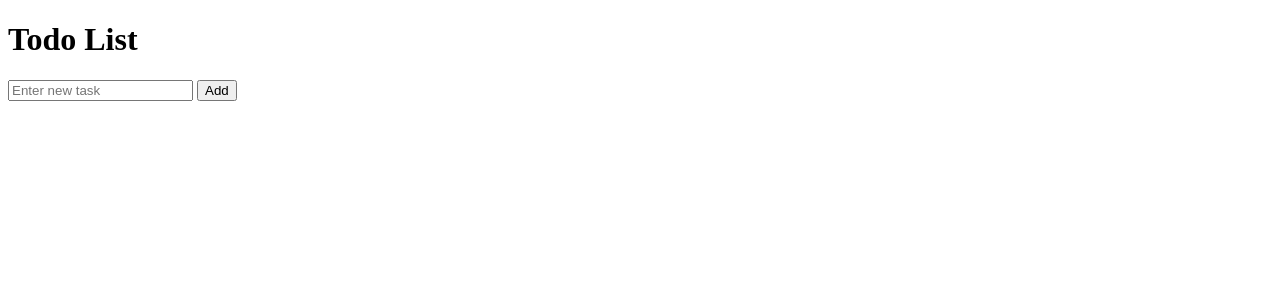
Repository: thinhdh04/python-cuoiky
Page: http://localhost/
An editor plug-in stored every save of this project. The page is shown before and after a run of saves, followed by the edit.
The browser window is 1280 px wide. The pictures show the whole page.
The page is served by the project's application, run on Flask 3 (Bai3/Bai3.py). Queries for data that is not in the repository find no rows.

Above is the page before, as saved 2024-11-23 07:05:33.

### Bai3/templates/index.html
<!DOCTYPE html>
<html lang="en">
<head>
    <meta charset="UTF-8">
    <meta name="viewport" content="width=device-width, initial-scale=1.0">
    <title>Todo List</title>
</head>
<body>
    <h1>Todo List</h1>
    <form action="{{ url_for('add') }}" method="POST">
        <input type="text" name="task" placeholder="Enter new task" required>
        <button type="submit">Add</button>
    </form>

    <ul>
        {% for todo in todos %}
            <li>
                {{ todo['task'] }}
                <form action="{{ url_for('delete', id=todo['id']) }}" method="POST" style="display:inline;">
                    <button type="submit">Delete</button>
                </form>
            </li>
        {% endfor %}
    </ul>
</body>
</html>

### Bai3/Bai3.py
from flask import Flask, render_template, request, redirect, url_for
import sqlite3

app = Flask(__name__)

# Kết nối đến cơ sở dữ liệu SQLite
def get_db_connection():
    conn = sqlite3.connect('todos.db')
    conn.row_factory = sqlite3.Row
    return conn

# Tạo bảng todo nếu chưa tồn tại
def init_db():
    conn = get_db_connection()
    conn.execute('''
        CREATE TABLE IF NOT EXISTS todos (
            id INTEGER PRIMARY KEY AUTOINCREMENT,
            task TEXT NOT NULL
        );
    ''')
    conn.commit()
    conn.close()

# Trang chính - hiển thị danh sách todo
@app.route('/')
def index():
    conn = get_db_connection()
    todos = conn.execute('SELECT * FROM todos').fetchall()
    conn.close()
    return render_template('index.html', todos=todos)

# Thêm todo mới
@app.route('/add', methods=['POST'])
def add():
    task = request.form['task']
    if task:
        conn = get_db_connection()
        conn.execute('INSERT INTO todos (task) VALUES (?)', (task,))
        conn.commit()
        conn.close()
    return redirect(url_for('index'))

# Xóa todo
@app.route('/delete/<int:id>', methods=['POST'])
def delete(id):
    conn = get_db_connection()
    conn.execute('DELETE FROM todos WHERE id = ?', (id,))
    conn.commit()
    conn.close()
    return redirect(url_for('index'))

if __name__ == '__main__':
    init_db()  # Khởi tạo cơ sở dữ liệu khi ứng dụng bắt đầu
    app.run(debug=True)

After the next 2 saves:
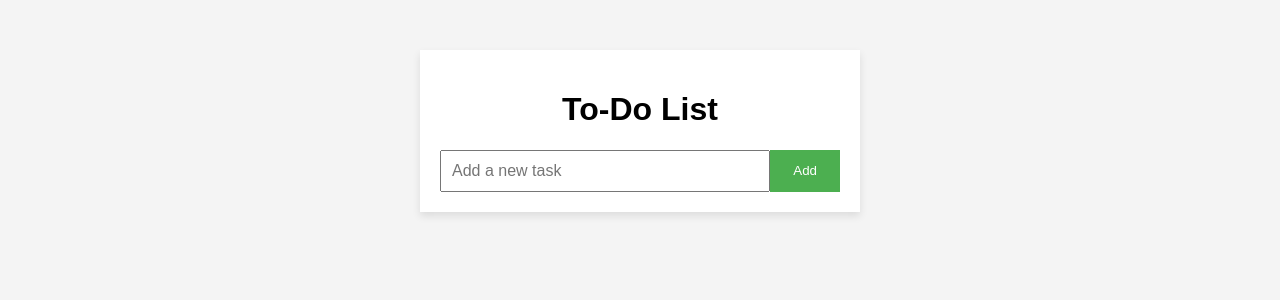
The 2 saves are shown as one change because 1 did not build or start.
The last was saved 81 min 9 s later.
--- a/Bai3/templates/index.html
+++ b/Bai3/templates/index.html
@@ -3,24 +3,81 @@
 <head>
     <meta charset="UTF-8">
     <meta name="viewport" content="width=device-width, initial-scale=1.0">
-    <title>Todo List</title>
+    <title>To-Do List</title>
+    <style>
+        body {
+            font-family: Arial, sans-serif;
+            background-color: #f4f4f4;
+            margin: 0;
+            padding: 0;
+        }
+        .container {
+            width: 400px;
+            margin: 50px auto;
+            background-color: #fff;
+            padding: 20px;
+            box-shadow: 0 4px 8px rgba(0, 0, 0, 0.1);
+        }
+        h1 {
+            text-align: center;
+        }
+        ul {
+            list-style-type: none;
+            padding: 0;
+        }
+        li {
+            padding: 10px;
+            border-bottom: 1px solid #ddd;
+            display: flex;
+            justify-content: space-between;
+        }
+        button {
+            padding: 5px 10px;
+            cursor: pointer;
+            background-color: red;
+            color: white;
+            border: none;
+        }
+        form {
+            display: flex;
+            justify-content: space-between;
+            margin-top: 20px;
+        }
+        input[type="text"] {
+            width: 80%;
+            padding: 10px;
+            font-size: 16px;
+        }
+        input[type="submit"] {
+            width: 18%;
+            padding: 10px;
+            background-color: #4CAF50;
+            color: white;
+            border: none;
+            cursor: pointer;
+        }
+    </style>
 </head>
 <body>
-    <h1>Todo List</h1>
-    <form action="{{ url_for('add') }}" method="POST">
-        <input type="text" name="task" placeholder="Enter new task" required>
-        <button type="submit">Add</button>
-    </form>
 
+<div class="container">
+    <h1>To-Do List</h1>
     <ul>
-        {% for todo in todos %}
-            <li>
-                {{ todo['task'] }}
-                <form action="{{ url_for('delete', id=todo['id']) }}" method="POST" style="display:inline;">
-                    <button type="submit">Delete</button>
-                </form>
-            </li>
+        {% for task in tasks %}
+        <li>
+            {{ task['task'] }}
+            <form action="{{ url_for('delete_task', id=task['id']) }}" method="POST" style="display: inline;">
+                <button type="submit">Delete</button>
+            </form>
+        </li>
         {% endfor %}
     </ul>
+
+    <form action="{{ url_for('add_task') }}" method="POST">
+        <input type="text" name="task" placeholder="Add a new task" required>
+        <input type="submit" value="Add">
+    </form>
+</div>
+
 </body>
 </html>
--- a/Bai3/Bai3.py
+++ b/Bai3/Bai3.py
@@ -3,52 +3,49 @@
 
 app = Flask(__name__)
 
-# Kết nối đến cơ sở dữ liệu SQLite
+# Hàm tạo kết nối cơ sở dữ liệu SQLite
 def get_db_connection():
-    conn = sqlite3.connect('todos.db')
-    conn.row_factory = sqlite3.Row
+    conn = sqlite3.connect('todo.db')
+    conn.row_factory = sqlite3.Row  # Để có thể truy cập cột như từ điển
     return conn
 
-# Tạo bảng todo nếu chưa tồn tại
+# Hàm tạo bảng ToDo trong cơ sở dữ liệu
 def init_db():
     conn = get_db_connection()
-    conn.execute('''
-        CREATE TABLE IF NOT EXISTS todos (
-            id INTEGER PRIMARY KEY AUTOINCREMENT,
-            task TEXT NOT NULL
-        );
-    ''')
+    conn.execute('''CREATE TABLE IF NOT EXISTS tasks (
+                        id INTEGER PRIMARY KEY AUTOINCREMENT,
+                        task TEXT NOT NULL)''')
     conn.commit()
     conn.close()
 
-# Trang chính - hiển thị danh sách todo
+# Trang chủ hiển thị danh sách công việc
 @app.route('/')
 def index():
     conn = get_db_connection()
-    todos = conn.execute('SELECT * FROM todos').fetchall()
+    tasks = conn.execute('SELECT * FROM tasks').fetchall()
     conn.close()
-    return render_template('index.html', todos=todos)
+    return render_template('index.html', tasks=tasks)
 
-# Thêm todo mới
+# Thêm công việc mới
 @app.route('/add', methods=['POST'])
-def add():
+def add_task():
     task = request.form['task']
     if task:
         conn = get_db_connection()
-        conn.execute('INSERT INTO todos (task) VALUES (?)', (task,))
+        conn.execute('INSERT INTO tasks (task) VALUES (?)', (task,))
         conn.commit()
         conn.close()
     return redirect(url_for('index'))
 
-# Xóa todo
+# Xóa công việc
 @app.route('/delete/<int:id>', methods=['POST'])
-def delete(id):
+def delete_task(id):
     conn = get_db_connection()
-    conn.execute('DELETE FROM todos WHERE id = ?', (id,))
+    conn.execute('DELETE FROM tasks WHERE id = ?', (id,))
     conn.commit()
     conn.close()
     return redirect(url_for('index'))
 
 if __name__ == '__main__':
-    init_db()  # Khởi tạo cơ sở dữ liệu khi ứng dụng bắt đầu
+    init_db()  # Tạo bảng nếu chưa tồn tại
     app.run(debug=True)

After the 2 saves that followed:
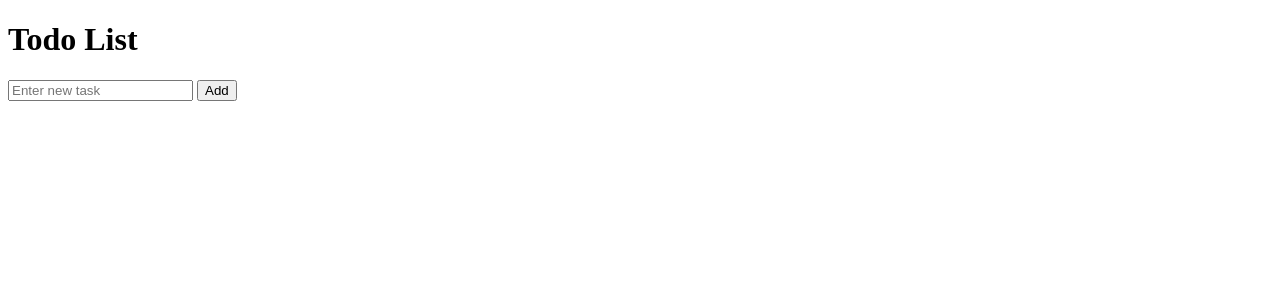
The 2 saves are shown as one change because 1 did not build or start.
The last was saved 95 s later.
--- a/Bai3/templates/index.html
+++ b/Bai3/templates/index.html
@@ -3,81 +3,24 @@
 <head>
     <meta charset="UTF-8">
     <meta name="viewport" content="width=device-width, initial-scale=1.0">
-    <title>To-Do List</title>
-    <style>
-        body {
-            font-family: Arial, sans-serif;
-            background-color: #f4f4f4;
-            margin: 0;
-            padding: 0;
-        }
-        .container {
-            width: 400px;
-            margin: 50px auto;
-            background-color: #fff;
-            padding: 20px;
-            box-shadow: 0 4px 8px rgba(0, 0, 0, 0.1);
-        }
-        h1 {
-            text-align: center;
-        }
-        ul {
-            list-style-type: none;
-            padding: 0;
-        }
-        li {
-            padding: 10px;
-            border-bottom: 1px solid #ddd;
-            display: flex;
-            justify-content: space-between;
-        }
-        button {
-            padding: 5px 10px;
-            cursor: pointer;
-            background-color: red;
-            color: white;
-            border: none;
-        }
-        form {
-            display: flex;
-            justify-content: space-between;
-            margin-top: 20px;
-        }
-        input[type="text"] {
-            width: 80%;
-            padding: 10px;
-            font-size: 16px;
-        }
-        input[type="submit"] {
-            width: 18%;
-            padding: 10px;
-            background-color: #4CAF50;
-            color: white;
-            border: none;
-            cursor: pointer;
-        }
-    </style>
+    <title>Todo List</title>
 </head>
 <body>
+    <h1>Todo List</h1>
+    <form action="{{ url_for('add') }}" method="POST">
+        <input type="text" name="task" placeholder="Enter new task" required>
+        <button type="submit">Add</button>
+    </form>
 
-<div class="container">
-    <h1>To-Do List</h1>
     <ul>
-        {% for task in tasks %}
-        <li>
-            {{ task['task'] }}
-            <form action="{{ url_for('delete_task', id=task['id']) }}" method="POST" style="display: inline;">
-                <button type="submit">Delete</button>
-            </form>
-        </li>
+        {% for todo in todos %}
+            <li>
+                {{ todo['task'] }}
+                <form action="{{ url_for('delete', id=todo['id']) }}" method="POST" style="display:inline;">
+                    <button type="submit">Delete</button>
+                </form>
+            </li>
         {% endfor %}
     </ul>
-
-    <form action="{{ url_for('add_task') }}" method="POST">
-        <input type="text" name="task" placeholder="Add a new task" required>
-        <input type="submit" value="Add">
-    </form>
-</div>
-
 </body>
 </html>
--- a/Bai3/Bai3.py
+++ b/Bai3/Bai3.py
@@ -3,49 +3,52 @@
 
 app = Flask(__name__)
 
-# Hàm tạo kết nối cơ sở dữ liệu SQLite
+# Kết nối đến cơ sở dữ liệu SQLite
 def get_db_connection():
-    conn = sqlite3.connect('todo.db')
-    conn.row_factory = sqlite3.Row  # Để có thể truy cập cột như từ điển
+    conn = sqlite3.connect('todos.db')
+    conn.row_factory = sqlite3.Row
     return conn
 
-# Hàm tạo bảng ToDo trong cơ sở dữ liệu
+# Tạo bảng todo nếu chưa tồn tại
 def init_db():
     conn = get_db_connection()
-    conn.execute('''CREATE TABLE IF NOT EXISTS tasks (
-                        id INTEGER PRIMARY KEY AUTOINCREMENT,
-                        task TEXT NOT NULL)''')
+    conn.execute('''
+        CREATE TABLE IF NOT EXISTS todos (
+            id INTEGER PRIMARY KEY AUTOINCREMENT,
+            task TEXT NOT NULL
+        );
+    ''')
     conn.commit()
     conn.close()
 
-# Trang chủ hiển thị danh sách công việc
+# Trang chính - hiển thị danh sách todo
 @app.route('/')
 def index():
     conn = get_db_connection()
-    tasks = conn.execute('SELECT * FROM tasks').fetchall()
+    todos = conn.execute('SELECT * FROM todos').fetchall()
     conn.close()
-    return render_template('index.html', tasks=tasks)
+    return render_template('index.html', todos=todos)
 
-# Thêm công việc mới
+# Thêm todo mới
 @app.route('/add', methods=['POST'])
-def add_task():
+def add():
     task = request.form['task']
     if task:
         conn = get_db_connection()
-        conn.execute('INSERT INTO tasks (task) VALUES (?)', (task,))
+        conn.execute('INSERT INTO todos (task) VALUES (?)', (task,))
         conn.commit()
         conn.close()
     return redirect(url_for('index'))
 
-# Xóa công việc
+# Xóa todo
 @app.route('/delete/<int:id>', methods=['POST'])
-def delete_task(id):
+def delete(id):
     conn = get_db_connection()
-    conn.execute('DELETE FROM tasks WHERE id = ?', (id,))
+    conn.execute('DELETE FROM todos WHERE id = ?', (id,))
     conn.commit()
     conn.close()
     return redirect(url_for('index'))
 
 if __name__ == '__main__':
-    init_db()  # Tạo bảng nếu chưa tồn tại
+    init_db()  # Khởi tạo cơ sở dữ liệu khi ứng dụng bắt đầu
     app.run(debug=True)
